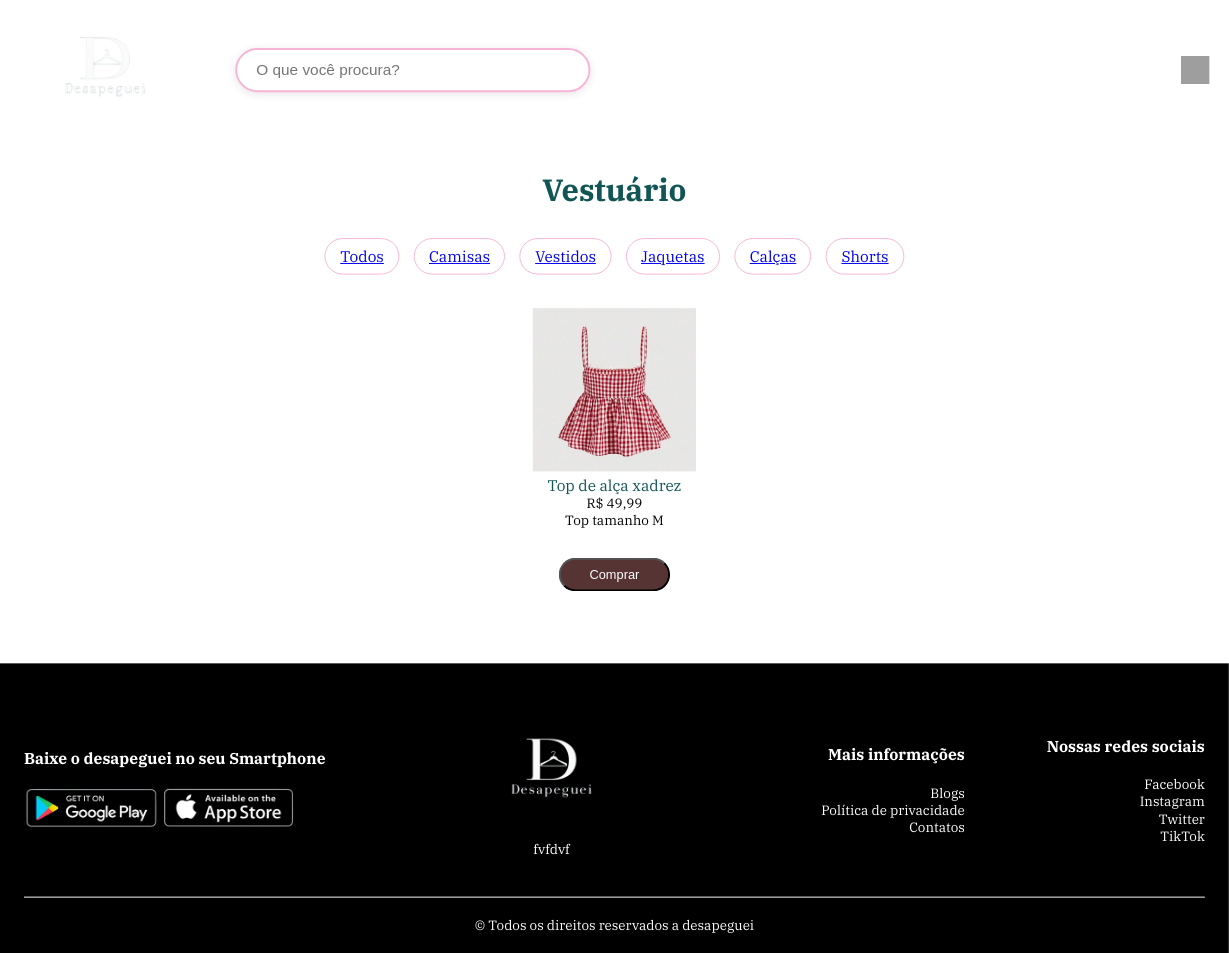
Repository: lanai-giani/Desapeguei
Page: http://localhost/desapeguei/categorias/vestuario.php?subcategoria=camisa
The author's editor kept a copy of each file at every save. The page is drawn from the files as they stood at one save, then again after the next save.
The browser window is 1280 px wide. The pictures show the whole page, at 96% of full size.
Pictures or frames that could not be fetched are drawn as grey boxes. The page is run by PHP 8.4 with error messages shown; the project is at /var/www/html/. The database holds what the project's SQL file puts in it.

Above is the page before, as saved 2025-06-27 17:29:06.

After the next save:
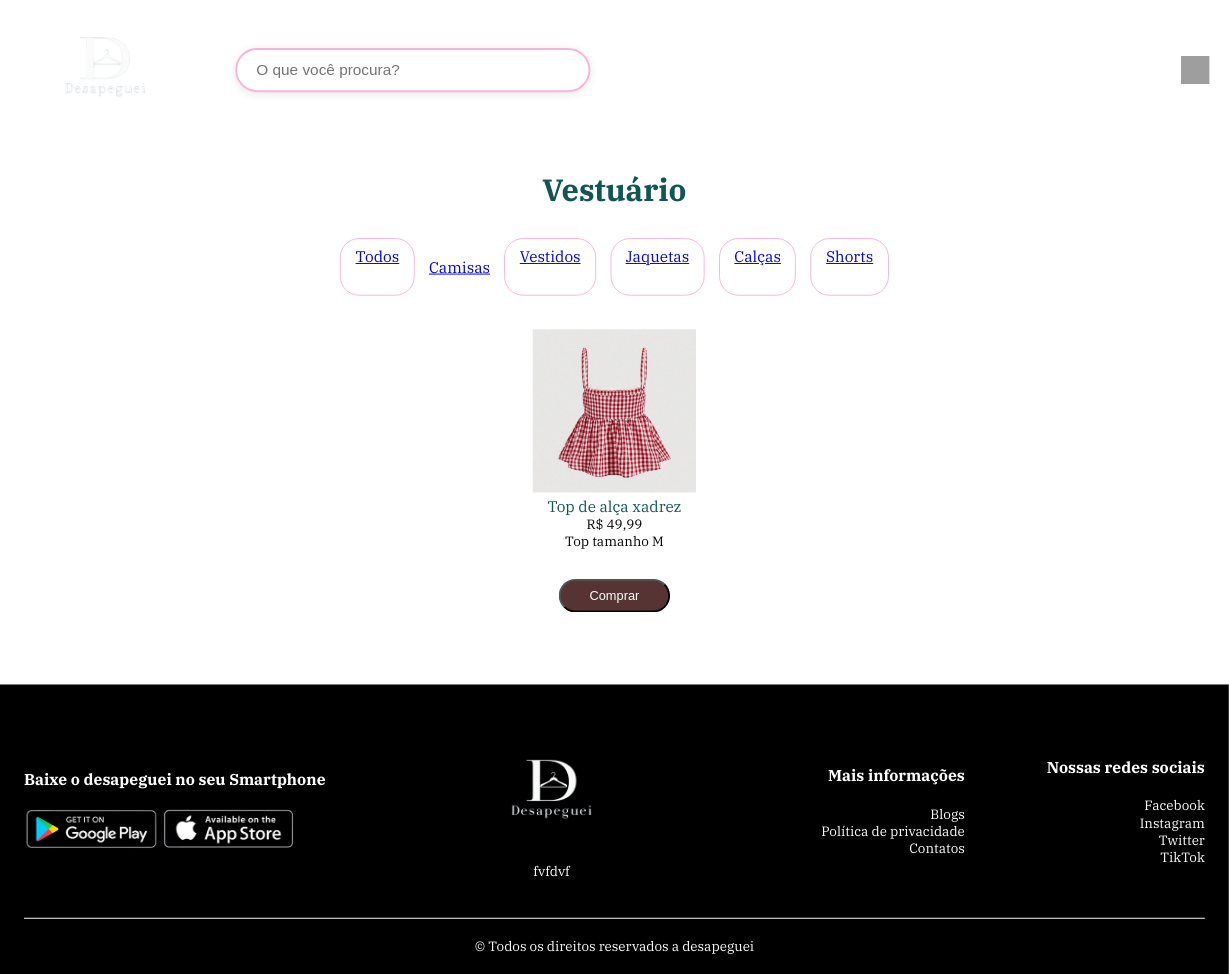
Saved 3 min 15 s later.
--- a/categorias/vestuario.php
+++ b/categorias/vestuario.php
@@ -51,7 +51,7 @@
 
         <div class="filtros">
             <a href="vestuario.php" class="btn-filtro <?= empty($_GET['subcategoria']) ? 'ativo' : '' ?>">Todos</a>
-            <a href="vestuario.php?subcategoria=camisa" class="btn-filtro <?= ($_GET['subcategoria'] ?? '') === 'camisa' ? 'ativo' : '' ?>">Camisas</a>
+            <a href="vestuario.php?subcategoria=camisa" class="filtros <?= ($_GET['subcategoria'] ?? '') === 'camisa' ? 'ativo' : '' ?>">Camisas</a>
             <a href="vestuario.php?subcategoria=vestido" class="btn-filtro <?= ($_GET['subcategoria'] ?? '') === 'vestido' ? 'ativo' : '' ?>">Vestidos</a>
             <a href="vestuario.php?subcategoria=jaqueta" class="btn-filtro <?= ($_GET['subcategoria'] ?? '') === 'jaqueta' ? 'ativo' : '' ?>">Jaquetas</a>
             <a href="vestuario.php?subcategoria=calça" class="btn-filtro <?= ($_GET['subcategoria'] ?? '') === 'calça' ? 'ativo' : '' ?>">Calças</a>

After the save that followed:
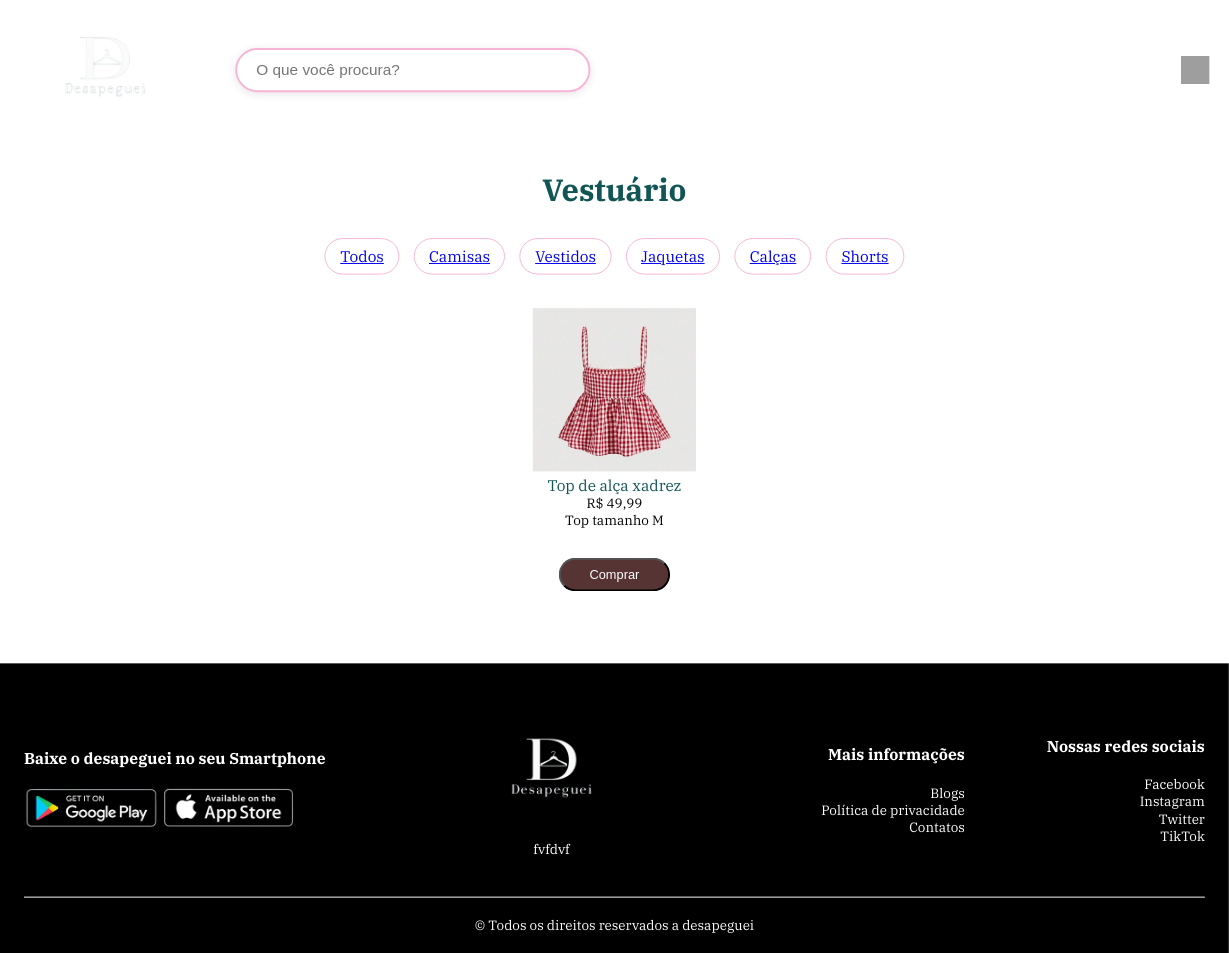
Saved 8 s later.
--- a/categorias/vestuario.php
+++ b/categorias/vestuario.php
@@ -51,7 +51,7 @@
 
         <div class="filtros">
             <a href="vestuario.php" class="btn-filtro <?= empty($_GET['subcategoria']) ? 'ativo' : '' ?>">Todos</a>
-            <a href="vestuario.php?subcategoria=camisa" class="filtros <?= ($_GET['subcategoria'] ?? '') === 'camisa' ? 'ativo' : '' ?>">Camisas</a>
+            <a href="vestuario.php?subcategoria=camisa" class="btn-filtro <?= ($_GET['subcategoria'] ?? '') === 'camisa' ? 'ativo' : '' ?>">Camisas</a>
             <a href="vestuario.php?subcategoria=vestido" class="btn-filtro <?= ($_GET['subcategoria'] ?? '') === 'vestido' ? 'ativo' : '' ?>">Vestidos</a>
             <a href="vestuario.php?subcategoria=jaqueta" class="btn-filtro <?= ($_GET['subcategoria'] ?? '') === 'jaqueta' ? 'ativo' : '' ?>">Jaquetas</a>
             <a href="vestuario.php?subcategoria=calça" class="btn-filtro <?= ($_GET['subcategoria'] ?? '') === 'calça' ? 'ativo' : '' ?>">Calças</a>
